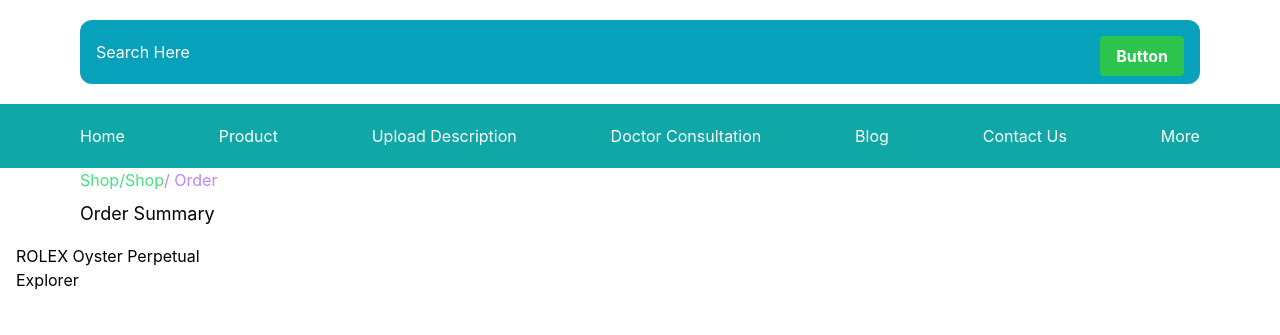
Repository: arafatmollah/pharma
Page: /
The author's editor kept a copy of each file at every save. The page is drawn from the files as they stood at one save, then again after the next save.
The browser window is 1280 px wide. The pictures show the whole page.
The project was rebuilt for these pictures with package versions that can differ from the ones it lists, and the page was loaded fresh each time.

Above is the page before, as saved 2023-03-12 01:32:07.

### src/App.js

import './App.css';
import Nav from './Nav';
import Order from './Order';

function App() {
  return (
    <div className="App">
      <Nav></Nav>
      <Order></Order>
    </div>
  );
}

export default App;

### src/App.css
.box-border{
    background-color: #08A1BC;
}
.btn {
    @apply font-bold py-2 px-4 rounded;
    background-color: #2BC44C;
    color: white;
  }
  .btn-blue {
    @apply bg-blue-500 text-white;
  }
  .btn-blue:hover {
    @apply bg-blue-700;
  }
.nav{
    background-color: #0FA8A6;
}

### src/Nav.js
import React from 'react'
import './App.css';

function Nav() {
  return (
    <div>
        <div className='box-border h-16 w-100 p-4 mx-20 my-5 rounded-xl'>
          <div className='flex justify-between align-middle'>
                <p className='text-white mt-1'>Search Here</p>
                <button class="btn mb-1"> Button</button>
          </div>
        </div>
        <div className='box-border h-16 w-100 nav'>
            <div className='flex mx-20 items-center justify-between text-white'>
            <div className='mt-5'>Home</div>
            <div className='mt-5'> Product</div>
            <div className='mt-5'>Upload Description</div>
            <div className='mt-5'>Doctor Consultation</div>
            <div className='mt-5'>Blog</div>
            <div className='mt-5'>Contact Us</div>
            <div className='mt-5'>More</div>
            </div>
        </div>
    </div>
  )
}

export default Nav

### src/Order.js
import React from 'react'

function order() {
  return (
    <div>
        <div className='flex mx-20'>
            <p className='text-green-400'>Shop</p>
            <p className='text-green-400'>/Shop</p>
            <p className='text-purple-400'>/ Order</p>
        </div>
        <div className='mt-2 mx-20'>
          <h3 className='text-lg'>Order Summary</h3>
        </div>
        <div>
          <div className='border-box h-32 w-60 p-4'>
            <div>
              <h1 className='text-l'>ROLEX Oyster Perpetual Explorer</h1>
            </div>
          </div>
        </div>
    </div>
  )
}

export default order

Loaded but not shown: public/index.html (common file); src/index.js (common file); src/index.css (common file); src/reportWebVitals.js (common file); tailwind.config.js (common file)

After the next save:
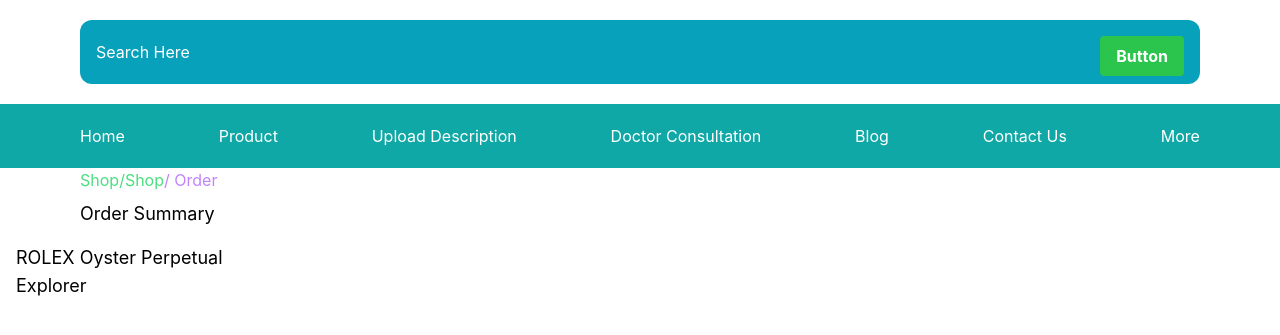
Saved 4 s later.
--- a/src/Order.js
+++ b/src/Order.js
@@ -14,7 +14,7 @@ function order() {
         <div>
           <div className='border-box h-32 w-60 p-4'>
             <div>
-              <h1 className='text-l'>ROLEX Oyster Perpetual Explorer</h1>
+              <h1 className='text-lg'>ROLEX Oyster Perpetual Explorer</h1>
             </div>
           </div>
         </div>
